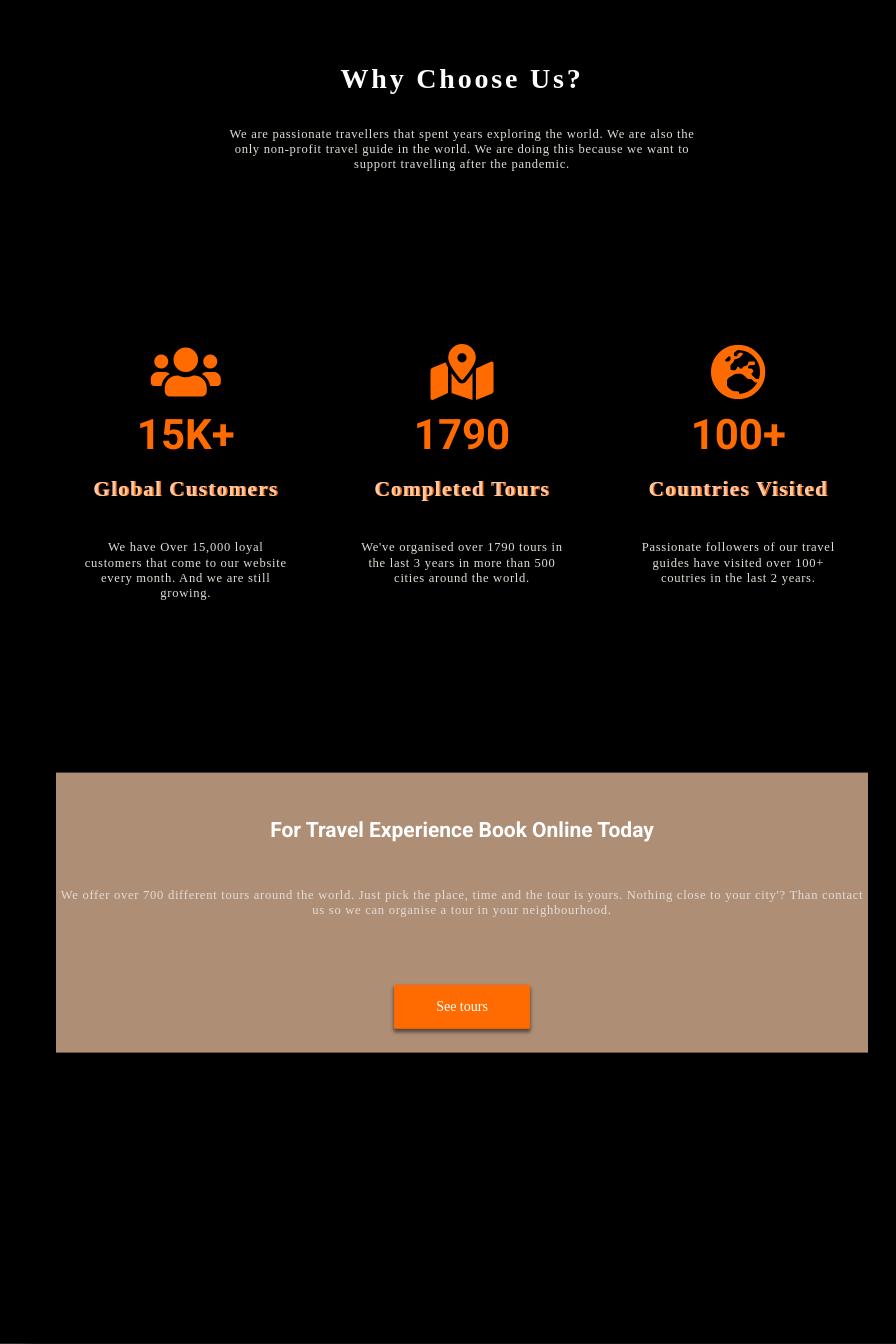
Repository: Hunga9k50doker/wildver-travel
Page: src/index.html
An editor plug-in stored every save of this project. The page is shown before and after the next save, followed by the edit.
The browser window is 1280 px wide. The pictures show the part of the page from y = 4544 to 6464 px (the page is 6464 px tall), at 70% of full size.
Some web fonts or font styles are not loaded; a fallback is used. The style sheet was rebuilt from its Sass, Less or Tailwind sources for each picture, by a compiler version that may differ from the author's.

Above is the page before, as saved 2021-08-27 21:38:51.

After the next save:
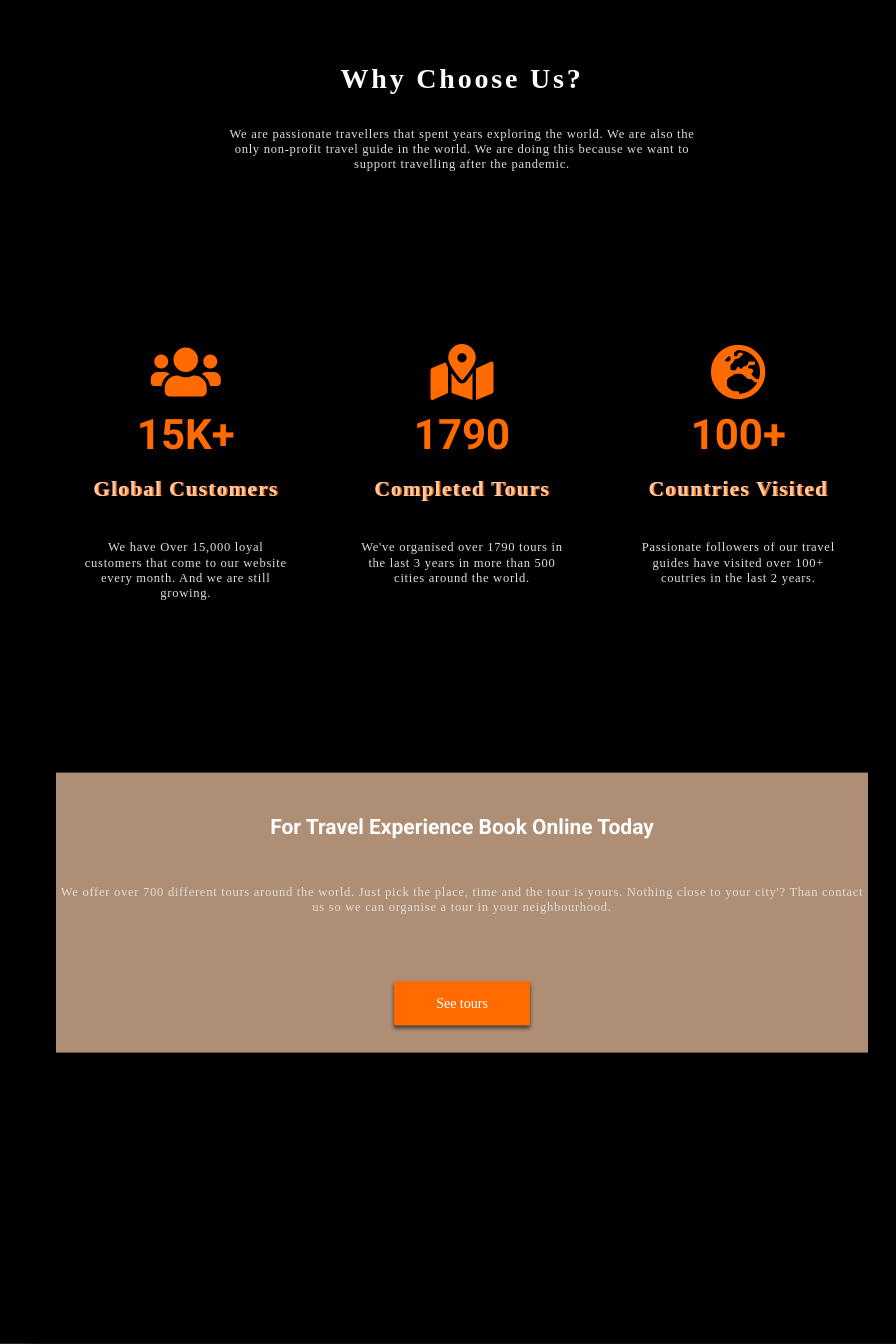
Saved 4 s later.
--- a/src/resources/scss/container.scss
+++ b/src/resources/scss/container.scss
@@ -213,7 +213,7 @@ $mode: cubic-bezier(0.17, 0.67, 0.55, 1.43);
                 h3{
                     font-size: 3rem;
                     color:$white-color;
-                    margin-top: 4rem;
+                    margin-top: 4rem 0 0 0;
                 }
             }
         }
